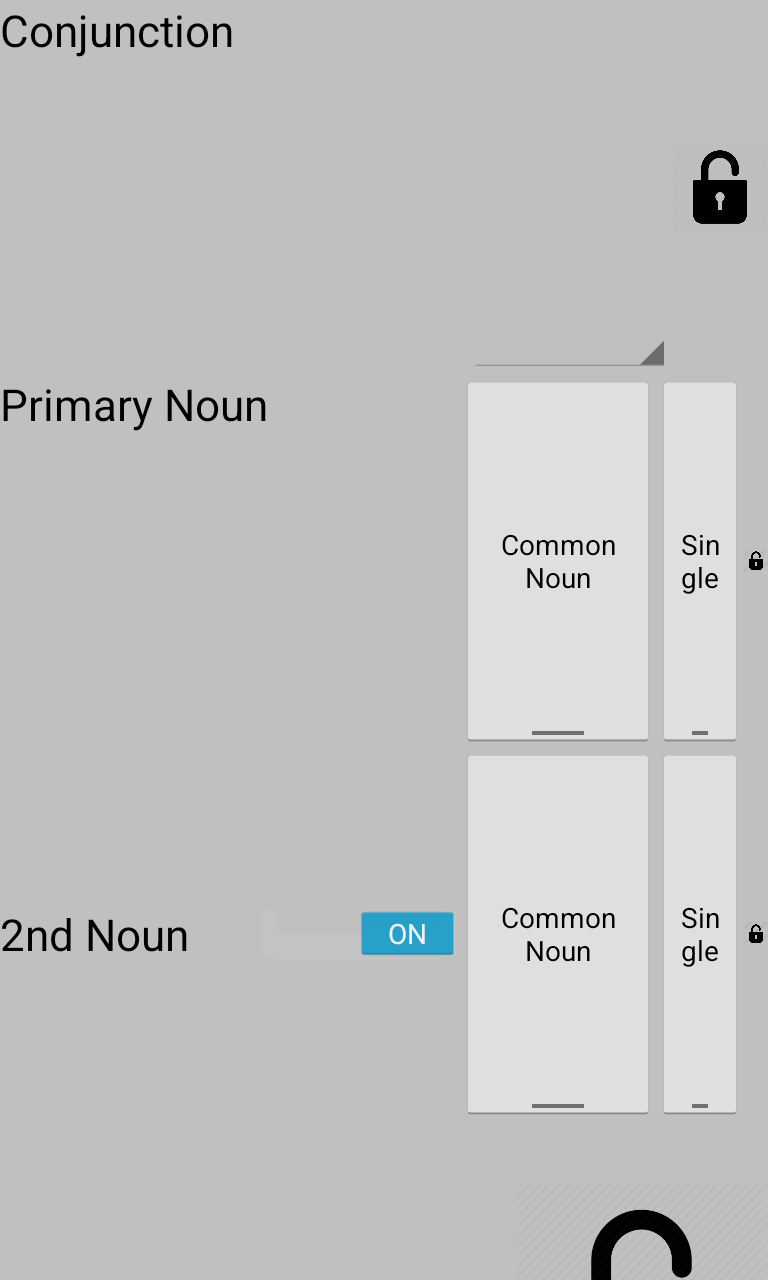
Repository: TheDizzler/TableTopTools
Layout: RPGTools/res/layout/fragment_cause_controls.xml
These files come from the project's save history. The layout is drawn as it stood at one moment and after the next save; the edit follows.
It is drawn on a 768 x 1280 px phone screen (xhdpi) without system bars, with theme AppTheme; the app's code is not run.

Above is the layout before, as saved 2017-03-22 09:12:25.

After the next save:
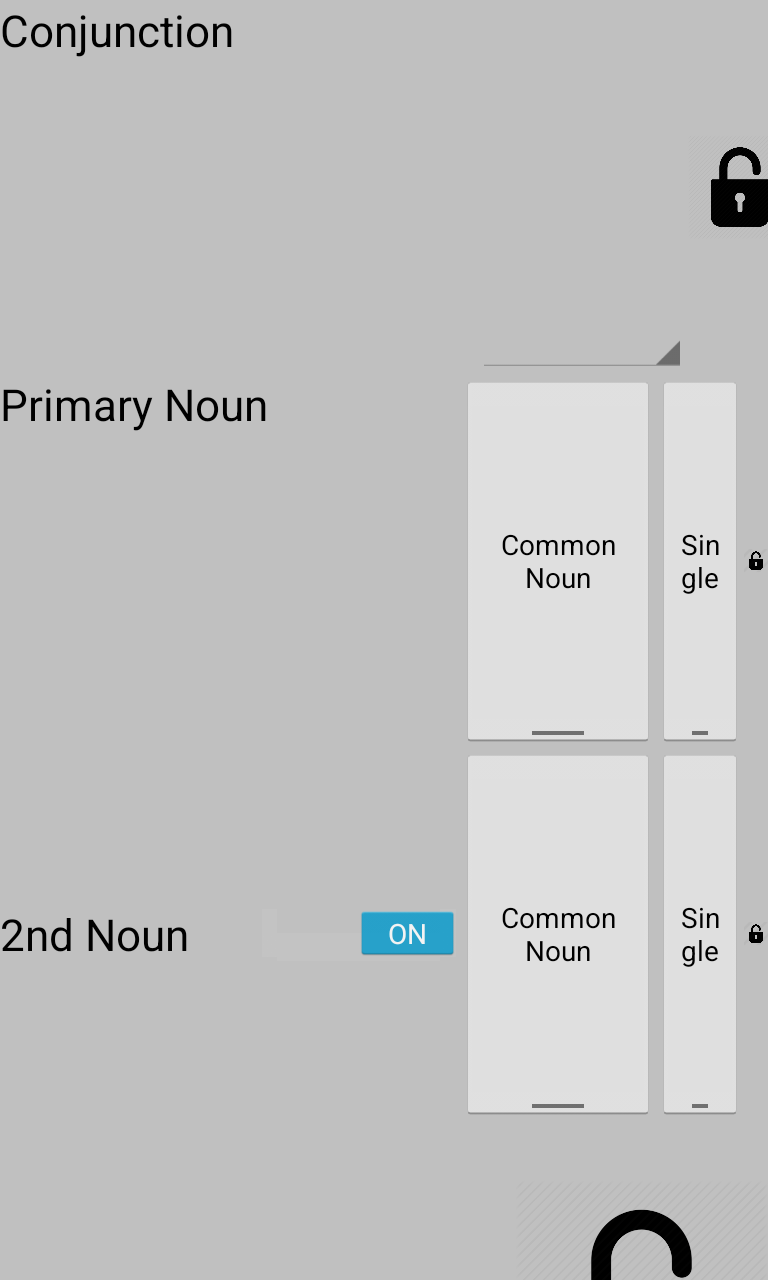
Saved 30 s later.
--- a/RPGTools/res/layout/fragment_cause_controls.xml
+++ b/RPGTools/res/layout/fragment_cause_controls.xml
@@ -13,7 +13,7 @@
         android:layout_width="match_parent"
         android:layout_height="wrap_content"
         android:layout_weight="1"
-        android:weightSum="3" >
+        android:weightSum="4" >
 
         <TextView
             android:id="@+id/textView1"
